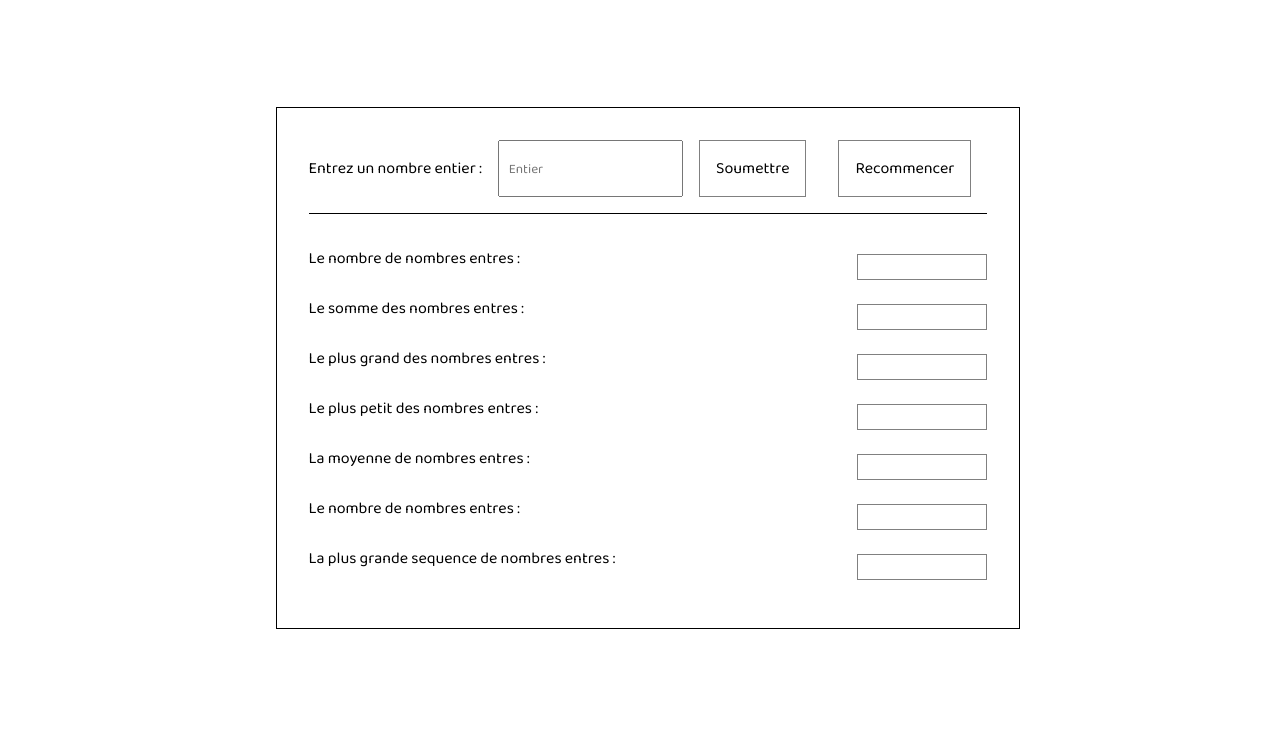
Repository: Thomas088/asbl-proforma
Page: exercices/js/ex-01/index.html
These files come from the project's save history. The page is drawn as it stood at one moment and after the next save; the edit follows.
The browser window is 1280 px wide. The page is 1288 px wide, so the pictures cover 1288 px, including what lies to the right of the window. The pictures show the whole page.

Above is the page before, as saved 2020-03-20 02:30:39.

### exercices/js/ex-01/index.html
<!DOCTYPE html>
<html lang="en">
<head>
    <meta charset="UTF-8">
    <meta name="viewport" content="width=device-width, initial-scale=1.0">
    <link rel="stylesheet" href="./style.css">
    <link href="https://fonts.googleapis.com/css?family=Baloo+2&display=swap" rel="stylesheet">
    <title>Numbers</title>
</head>
<body>

    <div class="tableau">
        <div class="entry-user">
            <p>Entrez un nombre entier :</p>
            <input type="text" name="entry" class="user-input" placeholder="Entier">
            <div class="submit-number">Soumettre</div>
            <div class="restart">Recommencer</div>
        </div>

        <div class="entries">
            <div class="total-entries">
                <span>Le nombre de nombres entres : </span>
                <div class="result total-entries-result"></div>
            </div>

            <div class="sum-entries">
                <span>Le somme des nombres entres : </span>
                <div class="result sum-entries-result"></div>
            </div>

            <div class="max-entries">
                <span>Le plus grand des nombres entres : </span>
                <div class="result max-entries-result"></div>
            </div>

            <div class="min-entries">
                <span>Le plus petit des nombres entres : </span>
                <div class="result min-entries-result"></div>
            </div>

            <div class="average-entries">
                <span>La moyenne de nombres entres : </span>
                <div class="result average-entries-result"></div>
            </div>

            <div class="list-of-entries">
                <span>Le nombre de nombres entres : </span>
                <div class="result list-of-entries-result"></div>
            </div>

            <div class="sequence-entries">
                <span>La plus grande sequence de nombres entres : </span>
                <div class="result sequence-entries-result"></div>
            </div>
        </div>
    </div>

    <script src="./index.js"></script>
</body>
</html>

### exercices/js/ex-01/style.css
body {
    width: 100vw;
    height: 100vh;
    display: flex;
    justify-content: center;
    align-items: center;
    font-family: 'Baloo 2', cursive;
}

.tableau {
    border: 1px solid #000;
    padding: 2em;
}

.entry-user {
    display: flex;
    padding-bottom: 1em;
    margin-bottom: 2em;;
    border-bottom: 1px solid #000;
}

.entry-user p {
    padding-right: 1em;
}

.user-entry {
    outline: none;
    appearance: none;
    -webkit-appearance: none;
    margin: 0;
}

.submit-number, .restart {
    display: flex;
    justify-content: center;
    align-items: center;
    border: 1px solid gray;
    margin: 0 1em;
    padding: 0 1em;
    cursor: pointer;
}

.result {
    width: 8em;
    height: 1.5em;
    display: flex;
    justify-content: center;
    align-items: center;
    border: 1px solid gray;
}

.entries div {
    display: flex;
    justify-content: space-between;
    margin: 0.5rem 0;
}

::placeholder {
    padding-left: 0.5em;
    font-family: 'Baloo 2', cursive;
}

### exercices/js/ex-01/index.js
window.addEventListener("DOMContentLoaded", function() {

    const entry = document.querySelector(".user-input").value;
    const submit = document.querySelector(".submit-number");
    const restart = document.querySelector(".restart");
    const tableauResult = [];

    submit.addEventListener("click", () => {

        alert(entry);

    })

})

After the next save:
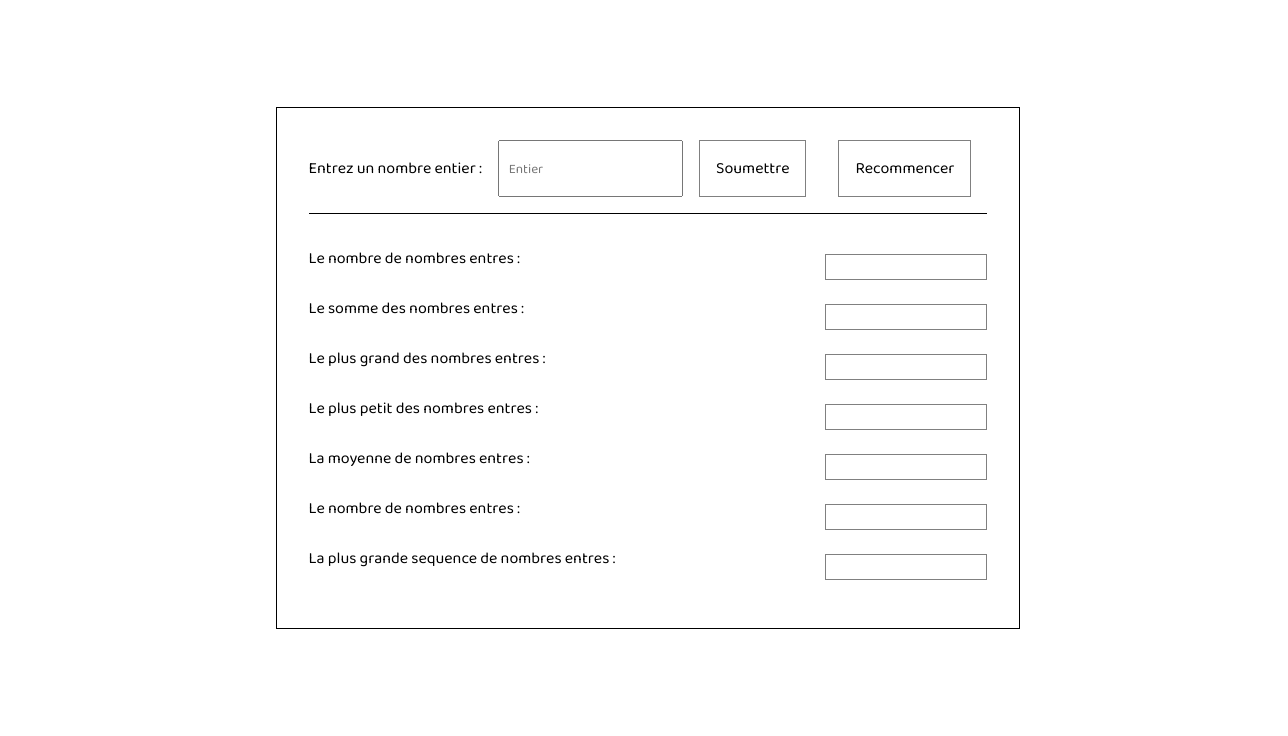
Saved 12 s later.
--- a/exercices/js/ex-01/style.css
+++ b/exercices/js/ex-01/style.css
@@ -41,7 +41,7 @@ body {
 }
 
 .result {
-    width: 8em;
+    width: 10em;
     height: 1.5em;
     display: flex;
     justify-content: center;
